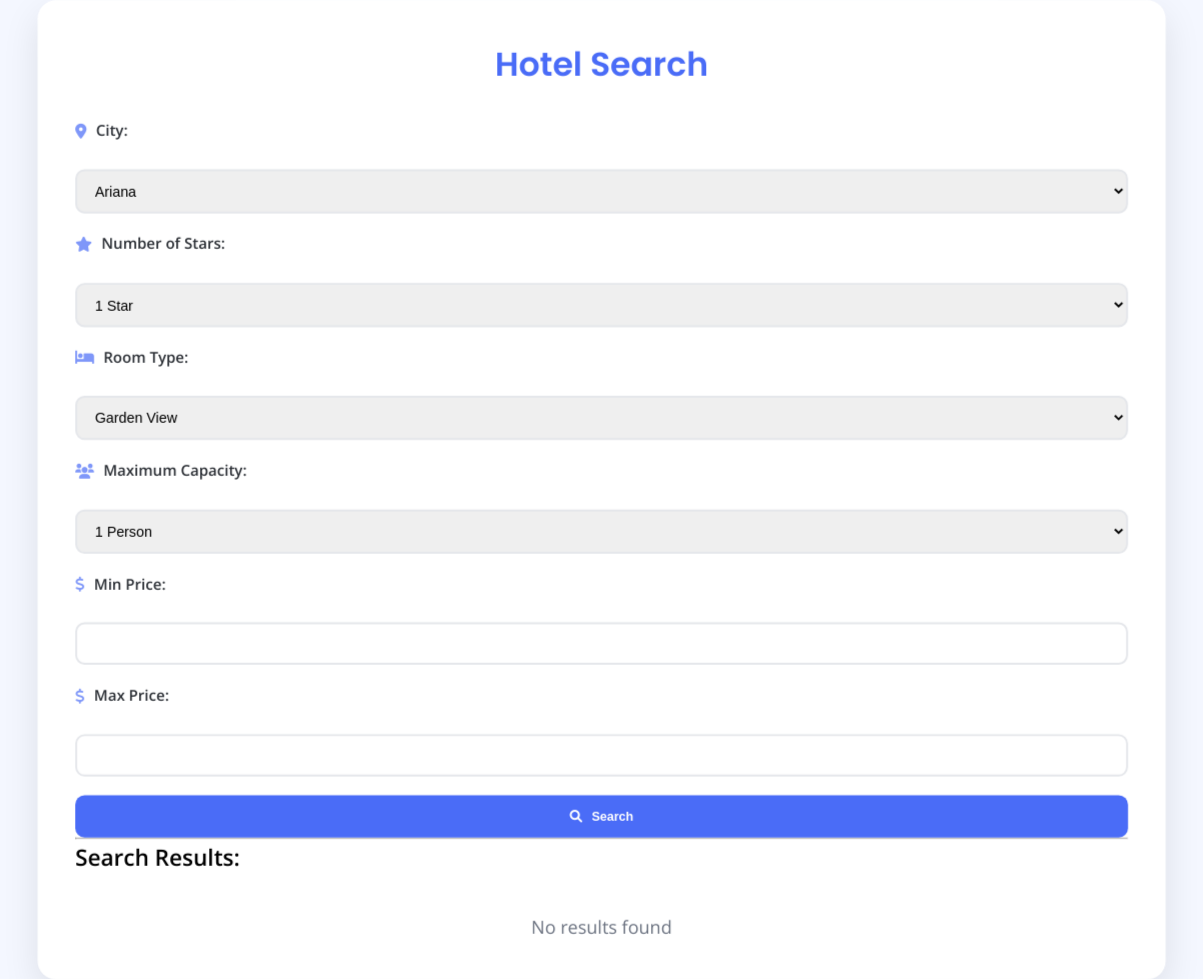
Repository: Idriss-jedid/Hotel
Page: http://localhost/Hotel/Vue/index.jsp
These files come from the project's save history. The page is drawn as it stood at one moment and after the next save; the edit follows.
The browser window is 1280 px wide. The pictures show the whole page, at 94% of full size.
The page is served by Tomcat 10.

Above is the page before, as saved 2024-12-17 21:10:32.

After the next save:
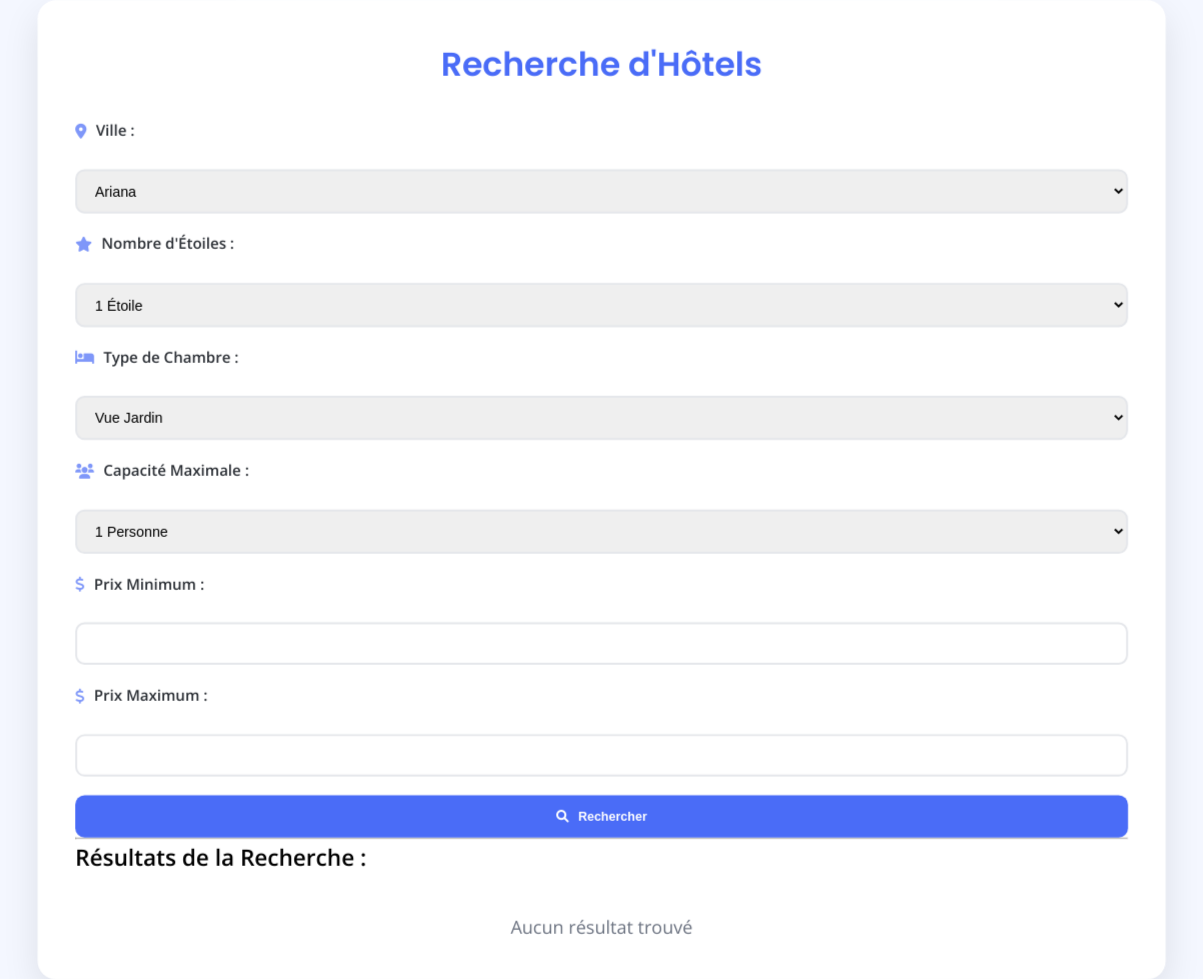
Saved 8 min 33 s later.
--- a/Hotel/src/main/webapp/Vue/index.jsp
+++ b/Hotel/src/main/webapp/Vue/index.jsp
@@ -6,7 +6,7 @@
 <head>
     <meta charset="UTF-8">
     <meta name="viewport" content="width=device-width, initial-scale=1.0">
-    <title>Hotel Search</title>
+    <title>Recherche d'Hôtels</title>
     <link href="https://fonts.googleapis.com/css2?family=Poppins:wght@300;400;600&family=Open+Sans:wght@400;600&display=swap" rel="stylesheet">
     <link rel="stylesheet" href="https://cdnjs.cloudflare.com/ajax/libs/font-awesome/6.0.0/css/all.min.css">
     <style>
@@ -208,53 +208,53 @@
 </head>
 <body>
     <div class="container">
-        <h1>Hotel Search</h1>
+        <h1>Recherche d'Hôtels</h1>
         <form action="${pageContext.request.contextPath}/SearchServlet" method="post">
-            <label for="city"><i class="fas fa-map-marker-alt"></i>City:</label>
+            <label for="city"><i class="fas fa-map-marker-alt"></i>Ville :</label>
             <select id="city" name="city" required>
                 <option value="Ariana">Ariana</option>
                 <option value="Sousse">Sousse</option>
                 <option value="Monastir">Monastir</option>
-                <option value="ZARZIS">ZARZIS</option>
-            </select>
-
-            <label for="stars"><i class="fas fa-star"></i>Number of Stars:</label>
+                <option value="ZARZIS">Zarzis</option>
+            </select>
+
+            <label for="stars"><i class="fas fa-star"></i>Nombre d'Étoiles :</label>
             <select id="stars" name="stars" required>
-                <option value="1">1 Star</option>
-                <option value="2">2 Stars</option>
-                <option value="3">3 Stars</option>
-                <option value="4">4 Stars</option>
-                <option value="5">5 Stars</option>
-            </select>
-
-            <label for="roomType"><i class="fas fa-bed"></i>Room Type:</label>
+                <option value="1">1 Étoile</option>
+                <option value="2">2 Étoiles</option>
+                <option value="3">3 Étoiles</option>
+                <option value="4">4 Étoiles</option>
+                <option value="5">5 Étoiles</option>
+            </select>
+
+            <label for="roomType"><i class="fas fa-bed"></i>Type de Chambre :</label>
             <select id="roomType" name="roomType" required>
-                <option value="gardenView">Garden View</option>
-                <option value="seaView">Sea View</option>
+                <option value="gardenView">Vue Jardin</option>
+                <option value="seaView">Vue Mer</option>
                 <option value="suite">Suite</option>
                 <option value="tt">tt</option>
             </select>
 
-            <label for="capacity"><i class="fas fa-users"></i>Maximum Capacity:</label>
+            <label for="capacity"><i class="fas fa-users"></i>Capacité Maximale :</label>
             <select id="capacity" name="capacity" required>
-                <option value="1">1 Person</option>
-                <option value="2">2 People</option>
-                <option value="3">3 People</option>
-                <option value="4">4 People</option>
-            </select>
-
-            <label for="minPrice"><i class="fas fa-dollar-sign"></i>Min Price:</label>
+                <option value="1">1 Personne</option>
+                <option value="2">2 Personnes</option>
+                <option value="3">3 Personnes</option>
+                <option value="4">4 Personnes</option>
+            </select>
+
+            <label for="minPrice"><i class="fas fa-dollar-sign"></i>Prix Minimum :</label>
             <input type="number" id="minPrice" name="minPrice" min="0" required>
 
-            <label for="maxPrice"><i class="fas fa-dollar-sign"></i>Max Price:</label>
+            <label for="maxPrice"><i class="fas fa-dollar-sign"></i>Prix Maximum :</label>
             <input type="number" id="maxPrice" name="maxPrice" min="0" required>
 
-            <button type="submit"><i class="fas fa-search"></i>Search</button>
+            <button type="submit"><i class="fas fa-search"></i>Rechercher</button>
         </form>
 
         <hr>
 
-        <h2>Search Results:</h2>
+        <h2>Résultats de la Recherche :</h2>
         <div class="results">
             <%
                 List<HotelRoom> hotelResults = (List<HotelRoom>) request.getAttribute("hotelResults");
@@ -263,12 +263,12 @@
             %>
             <div class="result-item">
                 <div class="image-container">
-                    <img src="uploads/<%= hotel.getImageUrl() %>" alt="Hotel Image">
+                    <img src="uploads/<%= hotel.getImageUrl() %>" alt="Image de l'Hôtel">
                 </div>
                 <div class="hotel-details">
                     <h3><%= hotel.getHotelName() %></h3>
-                    <p>City: <%= hotel.getCity() %></p>
-                    <p>Stars:
+                    <p>Ville : <%= hotel.getCity() %></p>
+                    <p>Étoiles :
                         <%
                             int stars = hotel.getNumberOfStars();
                             for (int i = 0; i < stars; i++) {
@@ -278,16 +278,16 @@
                             }
                         %>
                     </p>
-                    <p>Room Type: <%= hotel.getRoomType() %></p>
-                    <p>Price: <%= hotel.getPrice() %> TND</p>
-                    <p>Capacity: <%= hotel.getCapacity() %></p>
+                    <p>Type de Chambre : <%= hotel.getRoomType() %></p>
+                    <p>Prix : <%= hotel.getPrice() %> TND</p>
+                    <p>Capacité : <%= hotel.getCapacity() %></p>
                 </div>
             </div>
             <%
                     }
                 } else {
             %>
-            <p style="text-align: center; font-size: 1.2em; color: var(--color-text-light);">No results found</p>
+            <p style="text-align: center; font-size: 1.2em; color: var(--color-text-light);">Aucun résultat trouvé</p>
             <%
                 }
             %>
